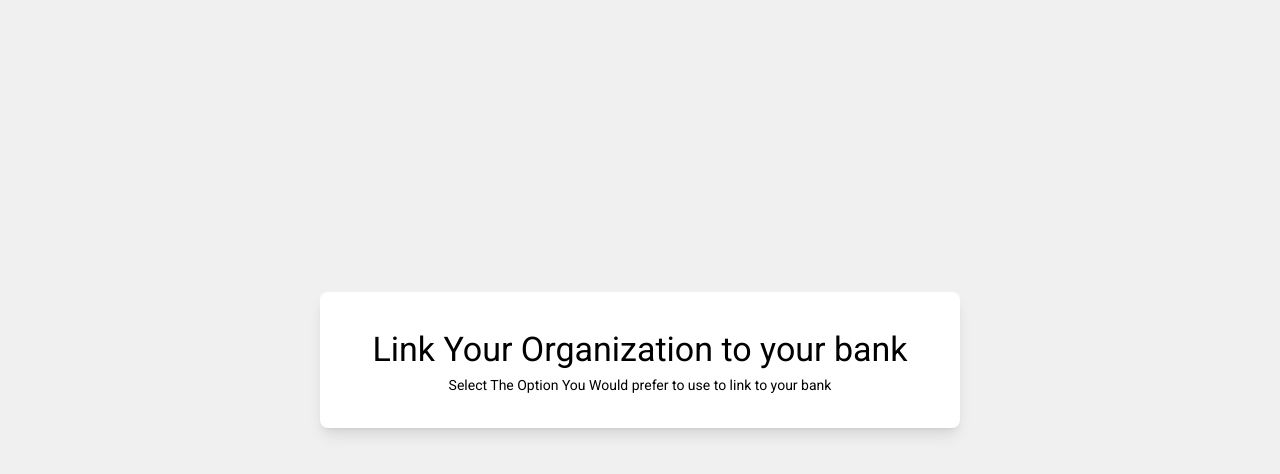
Repository: Nathan-spec/link_to_org
Page: /
An editor plug-in stored every save of this project. The page is shown before and after a run of saves, followed by the edit.
The browser window is 1280 px wide. The pictures show the whole page.
The project was rebuilt for these pictures with package versions that can differ from the ones it lists, and the page was loaded fresh each time. The framework's server and built-in components were replaced by stand-ins that run in the browser. Also part of the build but not shown: next.config.ts.

Above is the page before, as saved 2024-10-25 13:17:40.

After the next 2 saves:
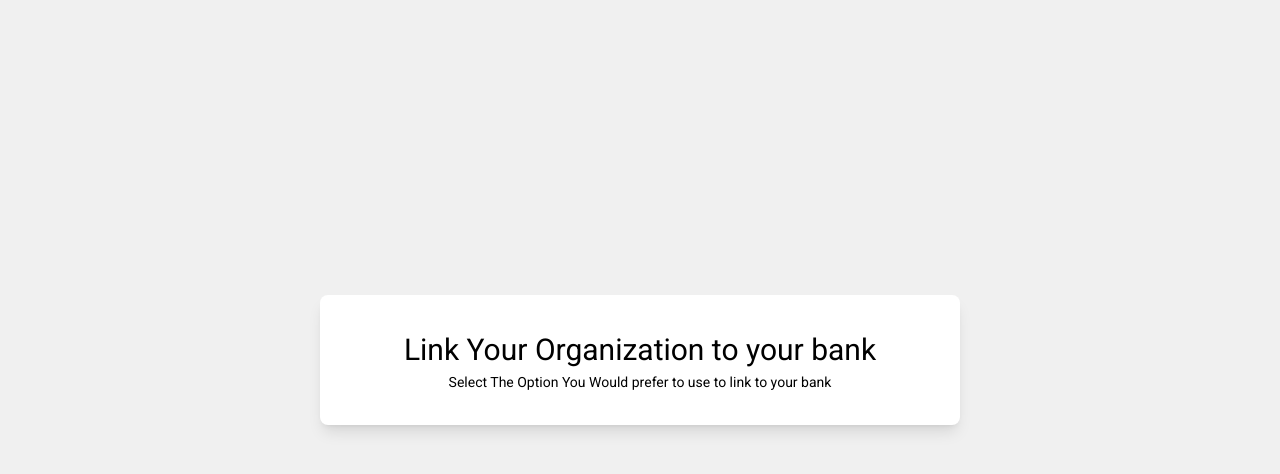
The 2 saves are shown as one change because they came seconds apart.
The last was saved 9 s later.
--- a/app/page.tsx
+++ b/app/page.tsx
@@ -14,7 +14,7 @@ export default function Home() {
     >
       <div className={`w-3/4  md:w-2/3 lg:w-1/2 p-8 bg-white rounded-lg shadow-lg`}>
       {/* Inner card component */}
-      <h1 style={{fontSize: '34px', color: 'black', textAlign: 'center', }}>
+      <h1 style={{fontSize: '30px', color: 'black', textAlign: 'center', }}>
         Link Your Organization to your bank
       </h1>
       <h2 style={{fontSize: '14px', color: 'black', textAlign: 'center', }}>
